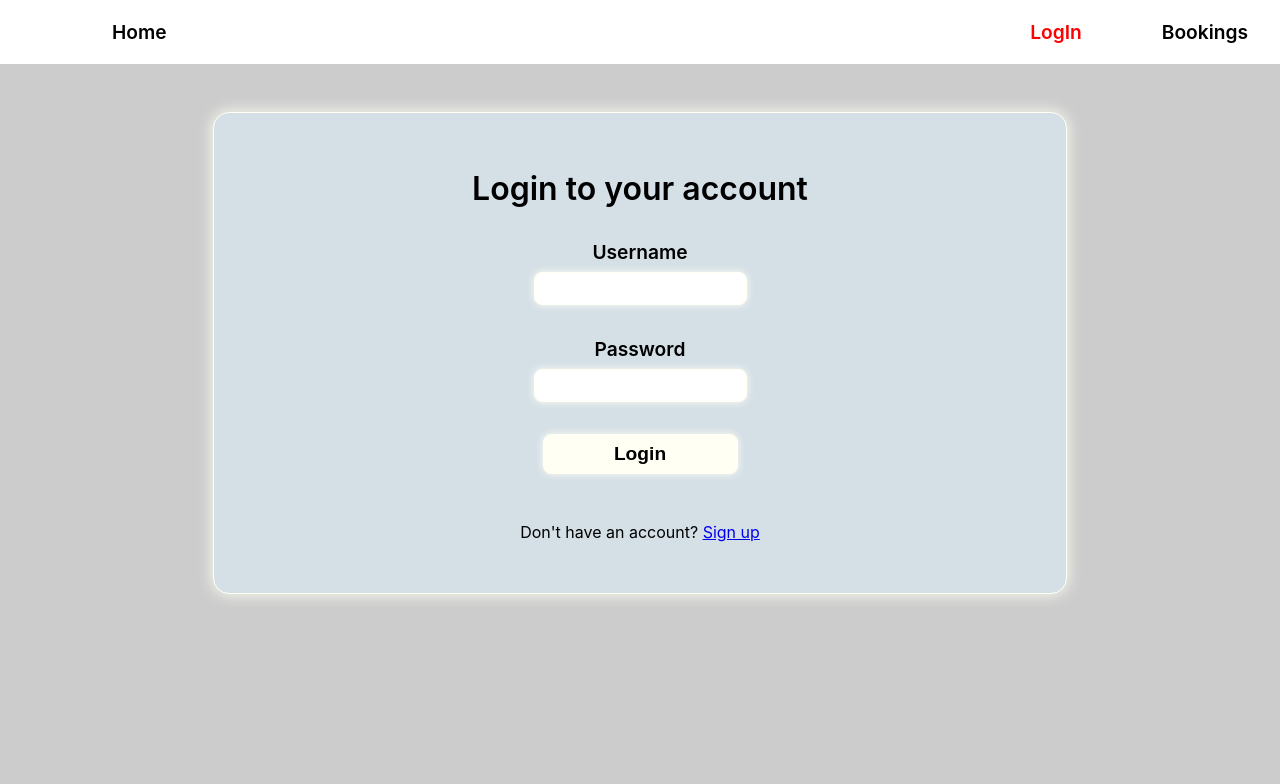
Repository: MikkyPrestige/fake-user-authentication
Page: /login
The author's editor kept a copy of each file at every save. The page is drawn from the files as they stood at one save, then again after the next save.
The browser window is 1280 px wide. The pictures show the whole page.
The pointer rests on the first visible `.login__btn`.
The project was rebuilt for these pictures with package versions that can differ from the ones it lists, and the page was loaded fresh each time. Also part of the build but not shown: src/assets/styles/home.css, src/components/home.jsx, src/assets/styles/booking.css, src/components/booking.jsx, src/components/fallBack.jsx, src/assets/styles/error.css, src/components/error.jsx, src/profile/signUp.jsx and 2 more.

Above is the page before, as saved 2022-11-24 05:47:35.

### src/index.css
body {
  margin: 0;
  font-family: -apple-system, BlinkMacSystemFont, 'Segoe UI', 'Roboto', 'Oxygen',
    'Ubuntu', 'Cantarell', 'Fira Sans', 'Droid Sans', 'Helvetica Neue',
    sans-serif;
  -webkit-font-smoothing: antialiased;
  -moz-osx-font-smoothing: grayscale;
  /* background-image: url(./assets/img/pattern_blue-1.jpg);
  background-repeat: no-repeat;
  background-size: cover;
  background-position: center;
  background-attachment: fixed; */
}

code {
  font-family: source-code-pro, Menlo, Monaco, Consolas, 'Courier New',
    monospace;
}

### src/App.jsx
import React from "react";
import { ErrorBoundary } from "react-error-boundary";
import { Route, Routes } from "react-router-dom";
import { Home, Navigation, Booking, FallBack, Error } from "./components";
import { Login, User, Logout, SignUp } from "./profile";
import RequireAuth from "./profile/context/require";
import { AuthProvider } from "./profile/context/auth";

function App() {
  return (
    <div className="App">
      <ErrorBoundary FallbackComponent={FallBack}>
        <Navigation />
        <AuthProvider>
        <Routes>
          <Route path="/" element={<Home />} />
          <Route path="/login">
            <Route index element={<Login />} />
          </Route>
          <Route path="/user" element={<RequireAuth><User /></RequireAuth>} />
          <Route path="/logout" element={<Logout />} />
          <Route path="/signUp" element={<SignUp />} />
          <Route path="/booking" element={<Booking />} />
          <Route path="*" element={<Error />} />
        </Routes>
        </AuthProvider>
      </ErrorBoundary>
    </div>
  );
}

export default App;

### src/components/index.js
export { default as Navigation } from "./navigation";
export { default as Home } from "./home";
export { default as Booking } from "./booking";
export { default as FallBack } from "./fallBack";
export { default as Error } from "./error";

### src/profile/index.js
export { default as Login } from "./login";
export { default as Logout } from "./logout";
export { default as SignUp } from "./signUp";
export { default as User } from "./user";

### src/profile/context/auth.jsx
// USER AUTHENTICATION CONTEXT
// This context is used to store the user authentication data and provide it to the rest of the application

import React, { createContext, useState, useContext } from "react";

// Create the context
const AuthContext = createContext({ user: {
  userName: "",
  email: "",
  password: "",
  confirmPassword: ""
} });

// Create the provider
const AuthProvider = ({ children }) => {

  // Create the state
  const [user, setUser] = useState({
    userName: "",
    email: "",
    password: "",
    confirmPassword: ""
  });

  // Login the user
  const login = (userName, password) => {
    setUser({
      userName,
      password
    });
  };

  // Sign up the user
  const signUp = (userName, password, email) => {
    setUser({
      userName,
      password,
      email
    });
  };

  // Logout the user
  const logout = () => {
    setUser({
      userName: "",
      email: "",
      password: "",
      confirmPassword: ""
    });
  };

  // Return the provider
  return (
    <AuthContext.Provider value={{ user, login, signUp, logout }}>
      {children}
    </AuthContext.Provider>
  );
};

// Create the hook
const useAuth = () => useContext(AuthContext);

// Export the provider and the hook
export { AuthProvider, useAuth };

// // Create the provider
// const AuthProvider = ({ children }) => {
//   // Create the state
//   const [user, setUser] = useState(null);

//   // Create the login function
//   const login = (user) => {
//     // Set the user
//     setUser(user);
//   };

//   // Create the logout function
//   const logout = () => {
//     // Set the user
//     setUser(null);
//   };

//   // Create sign up function
//   const signUp = (user) => {
//     // Set the user
//     setUser(user);
//   };

//   // Return the provider
//   return (
//     <AuthContext.Provider value={{ user, login, logout, signUp }}>
//       {children}
//     </AuthContext.Provider>
//   );
// };

// // Context hook
// const useAuth = () => useContext(AuthContext);

// // Export the context and provider
// export { AuthContext, AuthProvider, useAuth };

### src/components/navigation.jsx
// NAVIGATION COMPONENT

import React from "react";
import { NavLink } from "react-router-dom";
import "../assets/styles/navigation.css";

const Navigation = () => {
  return (
    <div className="navigation">
      <nav className="navigation__links">
        <div className="navigation--link">
          <NavLink
            style={({ isActive }) =>
              isActive ? { color: "red" } : { color: "black" }
            }
            to="/"
            className="navigation__link--item"
          >
            Home
          </NavLink>
        </div>
        <div className="navigation__link--wrapper">
          <NavLink
            style={({ isActive }) =>
              isActive ? { color: "red" } : { color: "black" }
            }
            to="/login"
            className="navigation__link--item"
          >
             LogIn
          </NavLink>
          <NavLink
            style={({ isActive }) =>
              isActive ? { color: "red" } : { color: "black" }
            }
            to="/booking"
            className="navigation__link--item"
          >
            Bookings
          </NavLink>
        </div>
      </nav>
    </div>
  );
};

export default Navigation;

### src/profile/login.jsx
// LOGIN COMPONENT - LOGIN PAGE
// This component is the login page for the application. It is a form that allows the user to enter their username and password.

import React, { useState } from "react";
import { useNavigate, useLocation } from "react-router-dom";
import { useAuth } from "./context/auth";
import "../assets/styles/login.css";

const Login = () => {
  const [userName, setUserName] = useState("");
  const [password, setPassword] = useState("");
  const [error, setError] = useState("");
  const auth = useAuth();
  const navigate = useNavigate();
  const location = useLocation();

  // Validate the form
  const validate = () => {
    if (!userName && !password) {
      setError("Please enter a username and password or email.");
      return false;
    } else if (userName === "") {
      setError("Please enter a username.");
      return false;
    } else if (password === "") {
      setError("Please enter a password.");
      return false;
    } else {
      return true;
    }
  };

  // Handle the form login
  const handleLogin = () => {
    if (validate()) {
      auth.login(userName, password);
      navigate(location.state?.from || "/user", { replace: true }); // Redirect the user to the user page after they login successfully.
    }
  };

  // Handle the form submit
  const handleSubmit = (e) => {
    e.preventDefault();
    console.log(userName, password);
    handleLogin();
  };

  // Handle the form change
  const handleChange = (e) => {
    const { name, value } = e.target;
    if (name === "user") {
      setUserName(value);
    } else if (name === "password") {
      setPassword(value);
    }
  };

  return (
    <div className="login">
      <div className="login__container">
      <h1 className="login__title">Login to your account</h1>
      <form onSubmit={handleSubmit} className="login__form">
        <label htmlFor="user" className="login__label">
          Username
        </label>
        <input
          type="text"
          name="user"
          value={userName}
          onChange={handleChange}
          className="login__input"
        />
        <label htmlFor="password" className="login__label">
          Password
        </label>
        <input
          type="password"
          name="password"
          value={password}
          onChange={handleChange}
          className="login__input"
        />
        <button type="submit" className="login__btn">
          Login
        </button>
      </form>
      <p className="login__error">{error}</p>
      <p className="login__links">
        Don't have an account?{" "}
        <a href="/signUp" className="login__link--item">
          Sign up
        </a>
      </p>
      </div>
    </div>
  );
};

export default Login;

### src/profile/logout.jsx
// LOGOUT COMPONENT:
// This component is for the logout page in the app

import { useEffect } from "react";
import { useNavigate } from "react-router-dom";
import { useAuth } from "./context/auth";

const Logout = () => {
  const auth = useAuth();
  const navigate = useNavigate();

  useEffect(() => {
    auth.logout();
    navigate("/");
  });

  return null;
};

export default Logout;

### src/assets/styles/navigation.css
.navigation {
  background-color: #fff;
  height: 4rem;
  position: fixed;
  top: 0;
  width: 100%;
  z-index: 100;
}

.navigation__links {
  display: flex;
  justify-content: space-between;
  align-items: center;
  height: 100%;
  padding: 0 2rem;
}

.navigation__link--item {
  font-size: 1.2rem;
  font-weight: 600;
  text-decoration: none;
}

.navigation--link {
  margin-left: 5rem;
}

.navigation__link--wrapper {
  display: flex;
  align-items: center;
  gap: 5rem;
}

### src/assets/styles/login.css
.login {
    background-color: #ccc;
    margin: 0 auto;
    padding: 2rem;
    height: 100vh;
}

.login__container {
    display: flex;
    flex-direction: column;
    justify-content: center;
    align-items: center;
    width: 70%;
    height: 30rem;
    margin: 5rem auto;
    background-color: #D4DfE6;
    border: 1px solid #FFFFF3;
    border-radius: 1rem;
    box-shadow: 0 0 1rem #FFFFF3;
}

.login__title {
    font-size: 2rem;
    font-weight: 600;
    margin-bottom: 2rem;
}

.login__form {
    display: flex;
    flex-direction: column;
    justify-content: center;
    align-items: center;
    gap: .5rem;
}

.login__label {
    font-size: 1.2rem;
    font-weight: 600;
}

.login__input {
    width: 100%;
    padding: 0.5rem;
    border: 1px solid #FFFFF3;
    border-radius: 0.5rem;
    box-shadow: 0 0 0.5rem #FFFFF3;
    margin-bottom: 1.5rem;
}

.login__input:focus {
    outline: none;
}

.login__btn {
    width: 100%;
    padding: 0.5rem;
    border: 1px solid #FFFFF3;
    border-radius: 0.5rem;
    box-shadow: 0 0 0.5rem #FFFFF3;
    background-color: #FFFFF3;
    font-size: 1.2rem;
    font-weight: 600;
    cursor: pointer;
}

Loaded but not shown: public/index.html (common file); src/index.js (common file); public/manifest.json (common file)

After the next save:
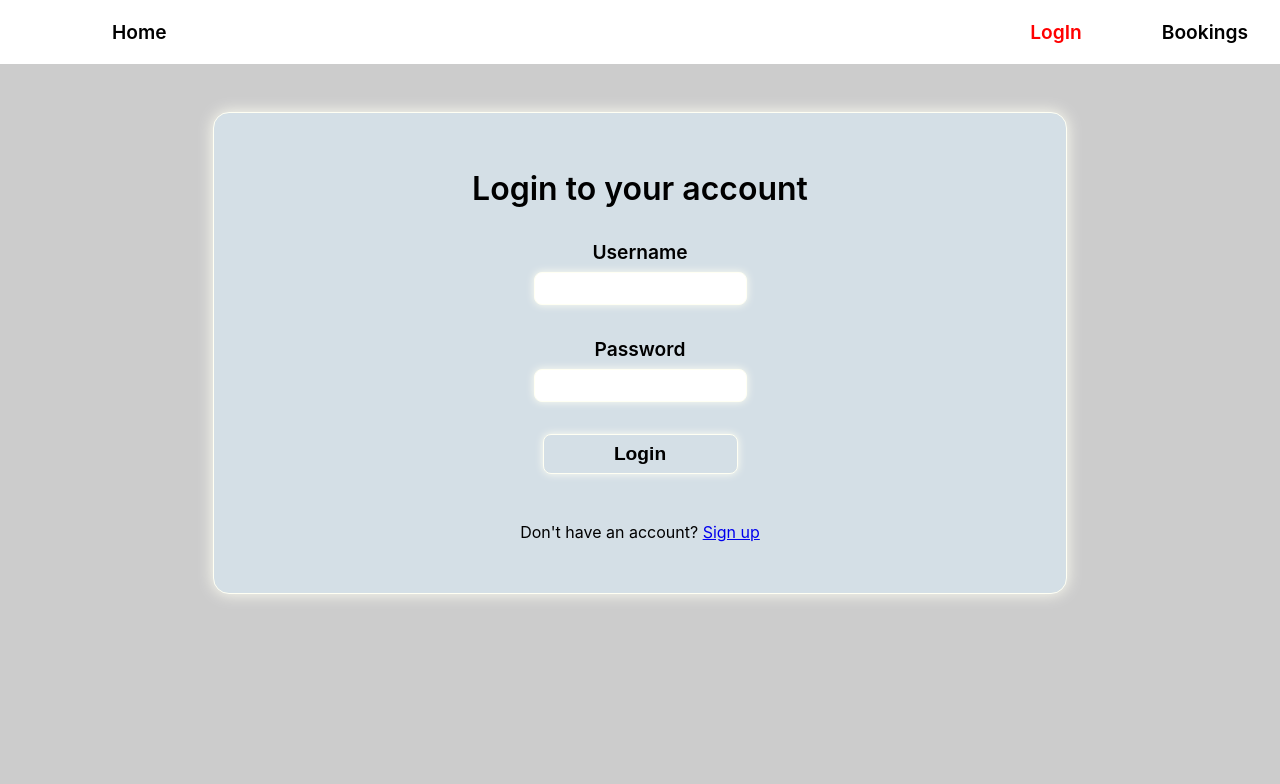
Saved 42 s later.
--- a/src/assets/styles/login.css
+++ b/src/assets/styles/login.css
@@ -62,3 +62,11 @@
     font-weight: 600;
     cursor: pointer;
 }
+
+.login__btn:hover {
+    background-color: #D4DfE6;
+}
+
+.login__btn:focus {
+    outline: none;
+}
